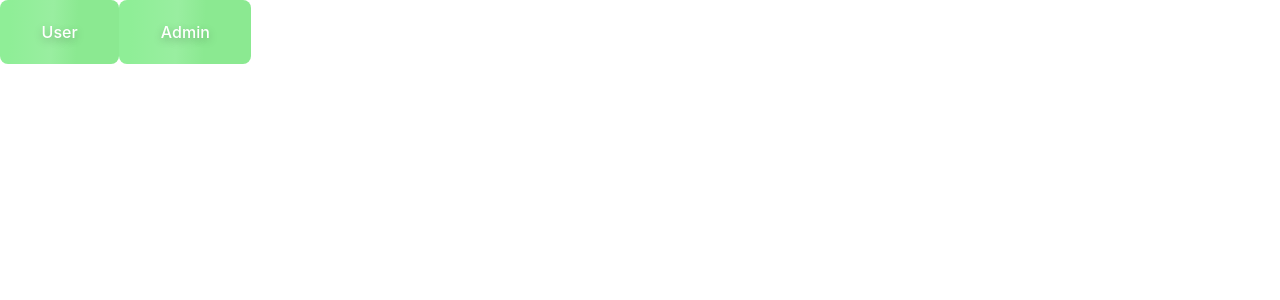
Repository: User826/Recipe
Page: /useradmin (app in recipe_project/)
These files come from the project's save history. The page is drawn as it stood at one moment and after the next save; the edit follows.
The browser window is 1280 px wide. The pictures show the whole page.
The project was rebuilt for these pictures with package versions that can differ from the ones it lists, and the page was loaded fresh each time. The framework's server and built-in components were replaced by stand-ins that run in the browser. Also part of the build but not shown: recipe_project/next.config.js, recipe_project/pages/users.module.css, recipe_project/components/users.js.

Above is the page before, as saved 2023-06-01 05:13:32.

After the next save:
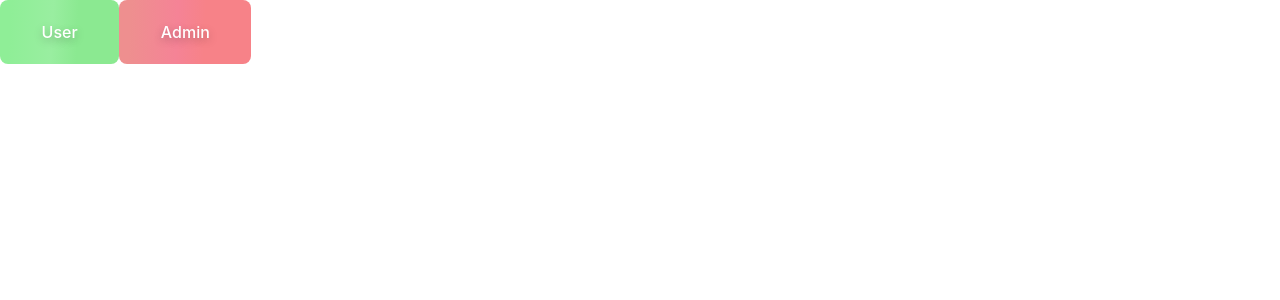
Saved 32 s later.
--- a/recipe_project/pages/useradmin.module.css
+++ b/recipe_project/pages/useradmin.module.css
@@ -33,7 +33,7 @@
 }
 
 .admin {
-  background-image: linear-gradient(92.88deg, #8fee97 9.16%, #99eea0 43.89%, #8be991 64.72%);
+  background-image: linear-gradient(92.88deg, #ee8f8f 9.16%, #f58396 43.89%, #f78288 64.72%);
   border-radius: 8px;
   border-style: none;
   box-sizing: border-box;
@@ -54,7 +54,7 @@
 }
 
 .admin:hover {
-  box-shadow: rgba(86, 163, 118, 0.5) 0 1px 30px;
+  box-shadow: rgba(235, 122, 122, 0.5) 0 1px 30px;
   transition-duration: .1s;
 }
 
